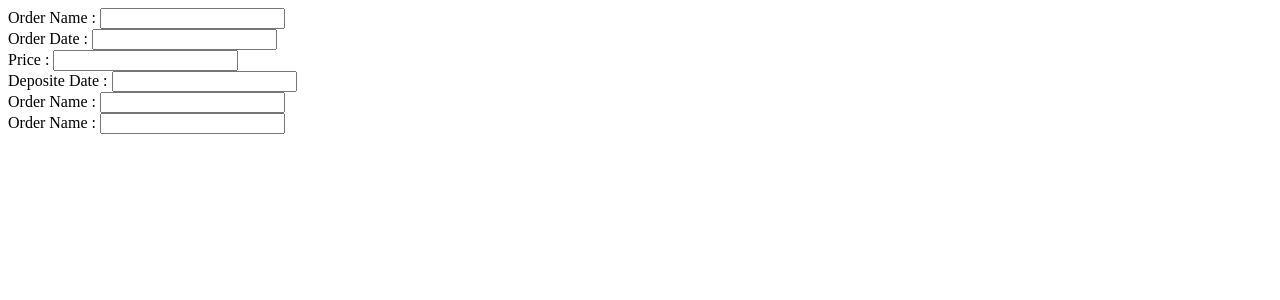
Repository: cheukyin21hk/DudeClothingConsole
Page: http://localhost/DudeClothing/WEB-INF/views/orderMgt.jsp
The author's editor kept a copy of each file at every save. The page is drawn from the files as they stood at one save, then again after a run of saves.
The browser window is 1280 px wide. The pictures show the whole page.
The page is served by Tomcat 9. Nobody is signed in. The template is opened directly, without the code that normally fills it, so the values that code supplies are empty.

Above is the page before, as saved 2015-06-01 02:48:41.

After the next 2 saves:
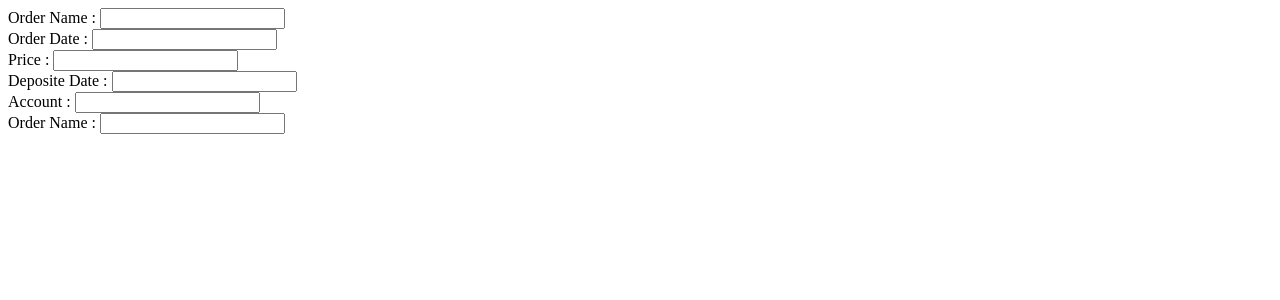
The 2 saves are shown as one change because they came seconds apart.
The last was saved 31 s later.
--- a/DudeClothing/src/main/webapp/WEB-INF/views/orderMgt.jsp
+++ b/DudeClothing/src/main/webapp/WEB-INF/views/orderMgt.jsp
@@ -15,7 +15,7 @@
 	<input type='text'>
 	<br /> Deposite Date :
 	<input type='text'>
-	<br /> Order Name :
+	<br /> Account :
 	<input type='text'>
 	<br /> Order Name :
 	<input type='text'>
